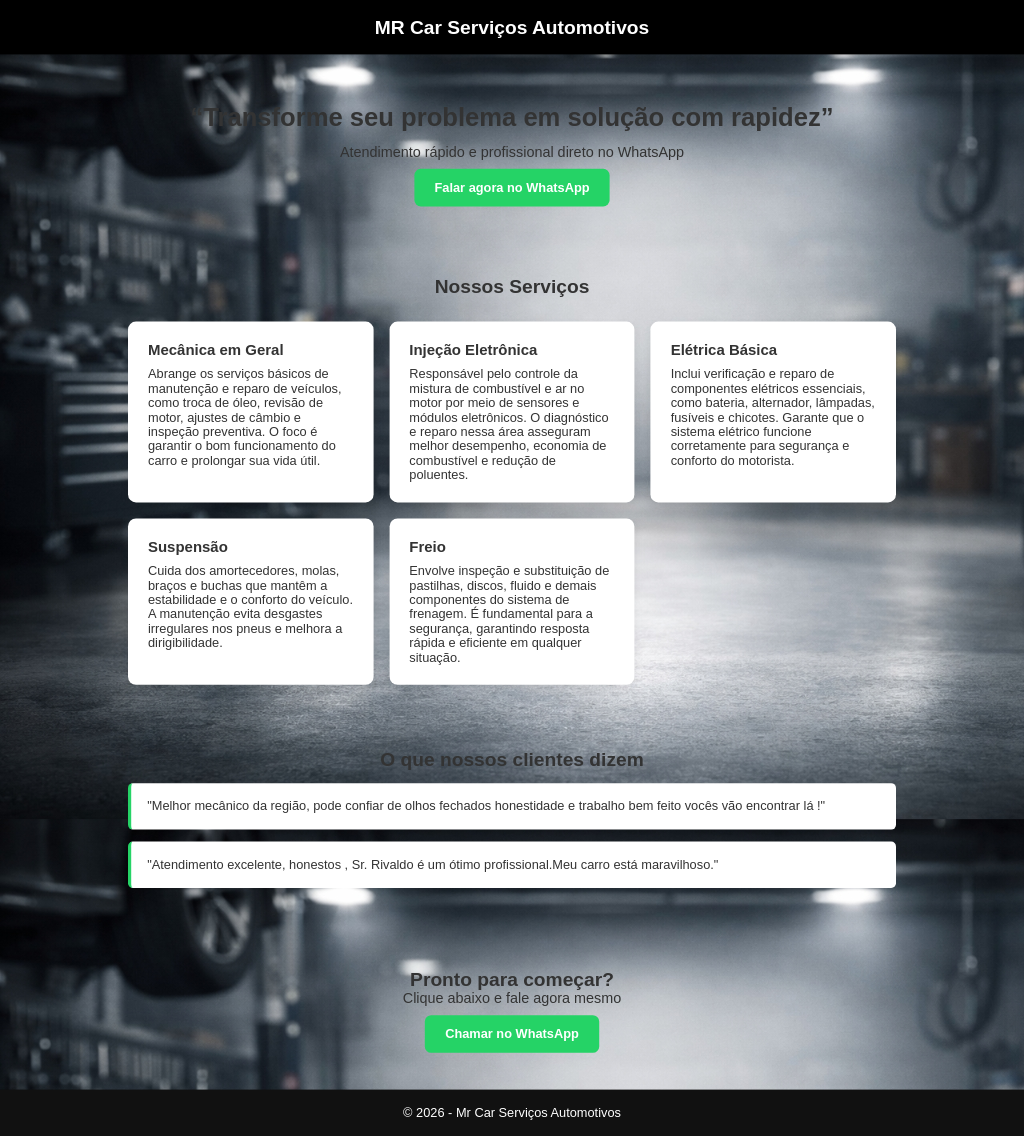
Repository: templaterj1991-Luiz/Main
Page: Template/index.html
An editor plug-in stored every save of this project. The page is shown before and after the next save, followed by the edit.
The browser window is 1280 px wide. The pictures show the whole page, at 80% of full size.

Above is the page before, as saved 2026-06-06 13:44:47.

After the next save:
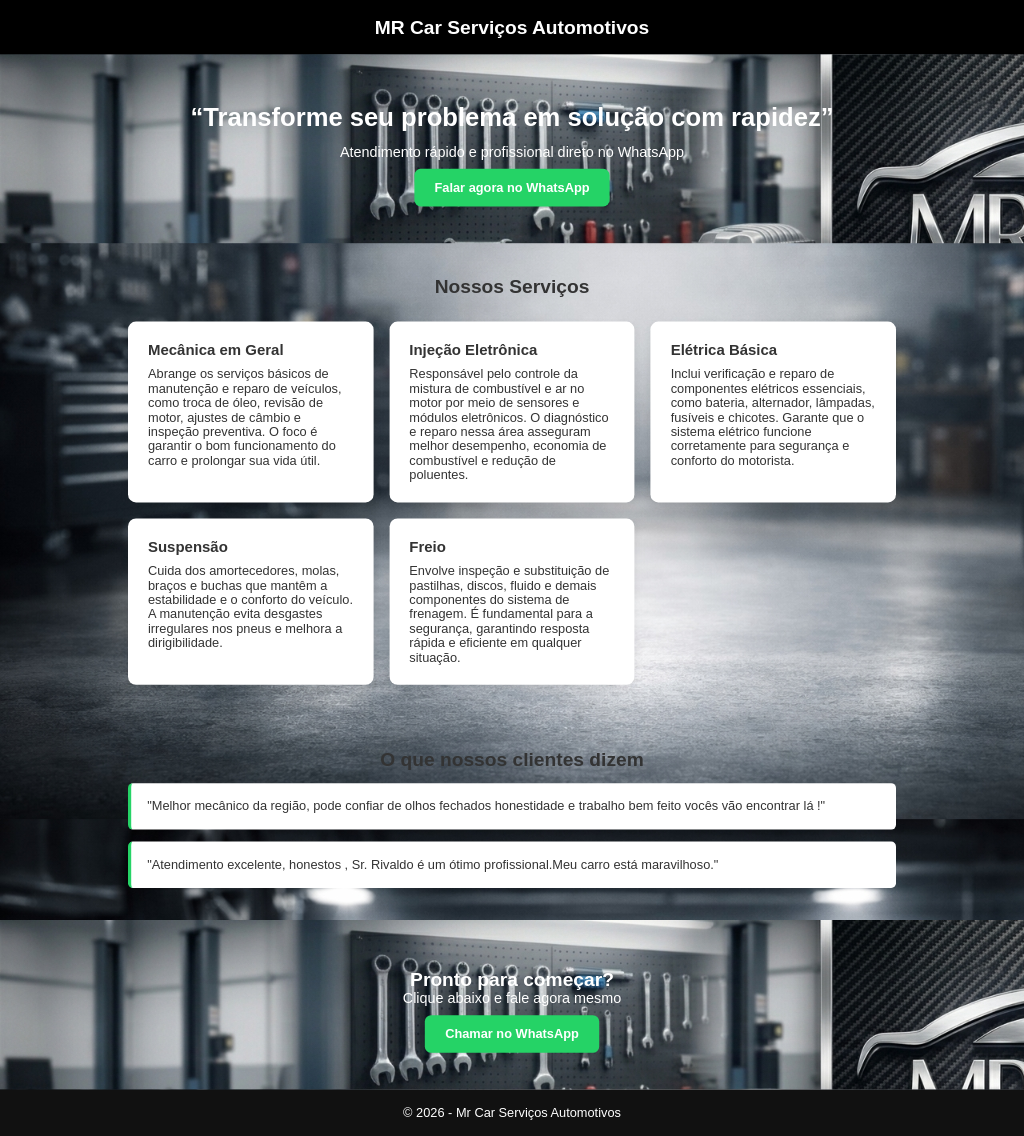
Saved 3 min 14 s later.
--- a/Template/index.html
+++ b/Template/index.html
@@ -28,7 +28,7 @@
         .hero {
             padding: 60px 20px;
             text-align: center;
-            background-image: url(../Template/assests/Gemini_Generated_Image_hhrxh3hhrxh3hhrx.png)
+            background-image: url(../Template/assests/Gemini_Generated_Image_hhrxh3hhrxh3hhrx.png);
             color: white;
         }
 
